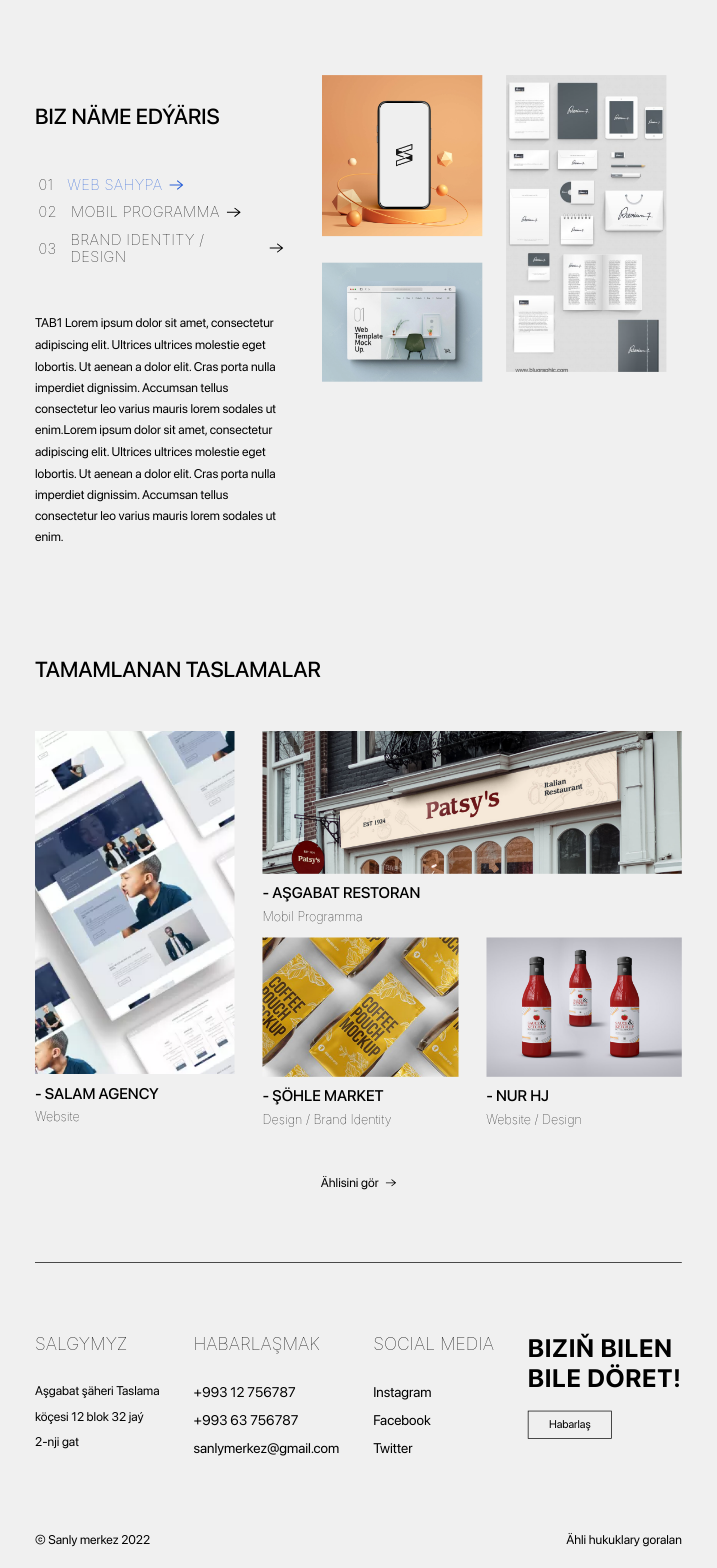
Repository: Meylis7/Sanly-Merkez-Web
Page: main.html
These files come from the project's save history. The page is drawn as it stood at one moment and after the next save; the edit follows.
The browser window is 1024 px wide. The pictures show the part of the page from y = 1296 to 3536 px (the page is 3536 px tall before and 3524 px after), at 70% of full size.
Some web fonts or font styles are not loaded; a fallback is used.

Above is the page before, as saved 2022-05-07 17:23:07.

After the next save:
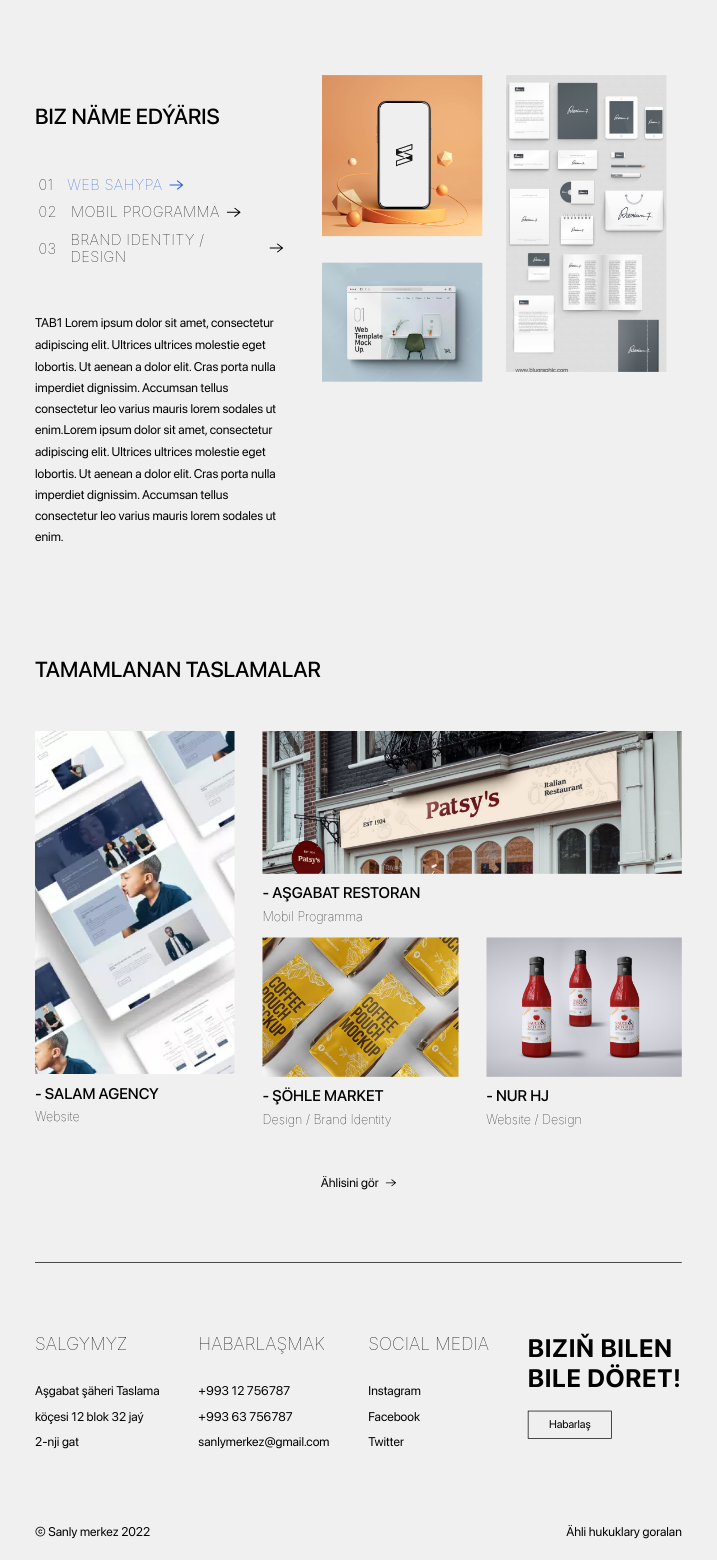
Saved 12 s later.
--- a/css/main.css
+++ b/css/main.css
@@ -675,7 +675,7 @@ header .btn{
   .footer-links h1{
     font-size: 25px;
   }
-  .footer-link-texts p{
+  .footer-link-texts p,.footer-link-texts a{
     font-size: 18px;
   }
 
